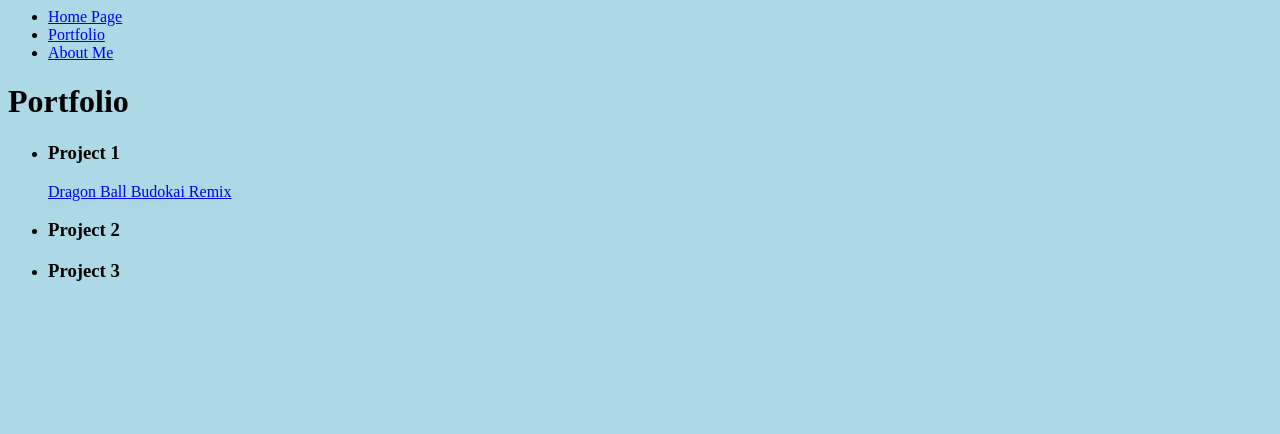
Repository: KevinAbr/KevinAbr.github.io
Page: portfolio.html
The author's editor kept a record of every edit. The page is drawn from the files as they stood at one moment, then again after the next edit.
The browser window is 1280 px wide. The pictures show the whole page.

Above is the page before.

### portfolio.html
<html>
    <head>
       <title>Portfolio</title>
            <style>
            body {
                color:black;
        }

            body {
            background:lightblue;

        }
        </style>
    </head>

    <body>
        <ul>
          <li><a href="index.html">Home Page</a></li>
          <li><a href="portfolio.html">Portfolio</a></li>
          <li><a href="about.html">About Me</a></li>
        </ul>
    <h1>Portfolio</h1>
    <ul>

        <li><h3>Project 1</h3></li>
        <a href="https://scratch.mit.edu/projects/328533615"> Dragon Ball Budokai Remix</a>
       <li><h3>Project 2</h3></li>

       <li><h3>Project 3</h3></li>

    </ul>
    </body>

</html>

After the next edit:
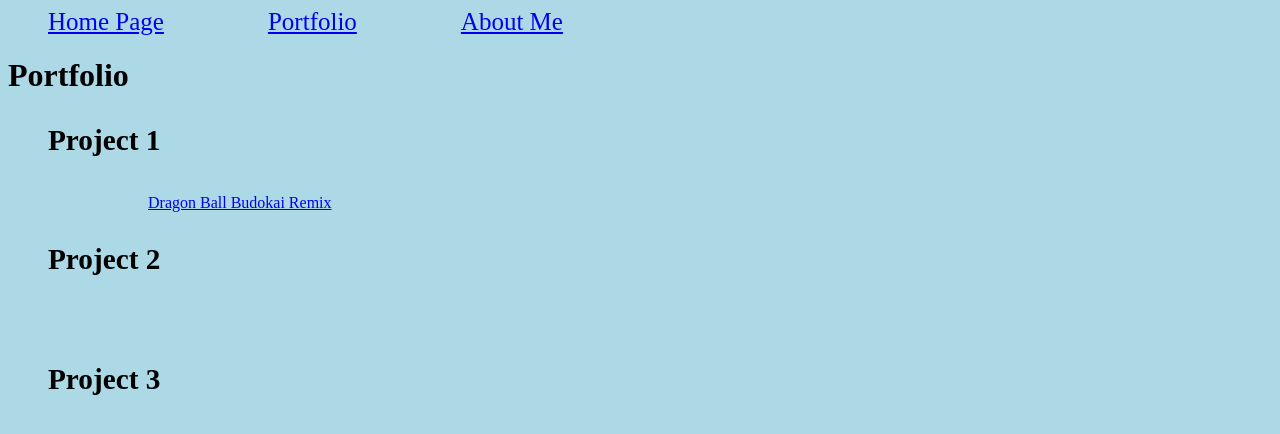
The edit:
--- a/portfolio.html
+++ b/portfolio.html
@@ -2,6 +2,9 @@
     <head>
        <title>Portfolio</title>
             <style>
+            body {background-color: black;}
+        li {display: inline; padding-right: 100px;}
+        li {color:black; font-size: 25px;}
             body {
                 color:black;
         }
